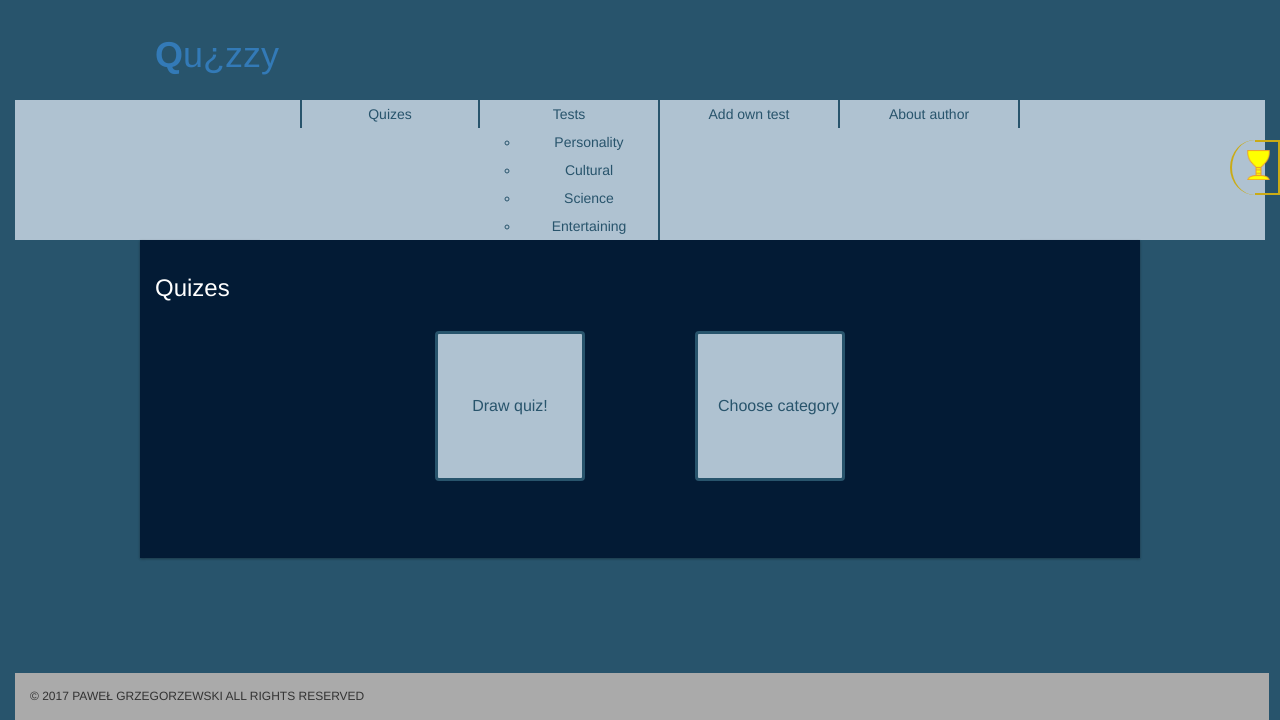
Repository: pgrzegorzewski/quiz
Page: http://localhost/app/quiz.php
An editor plug-in stored every save of this project. The page is shown before and after the next save, followed by the edit.
The browser window is 1280 px wide. The pictures show the whole page.
Some web libraries are served in a nearby version. The page is run by PHP 8.4 with error messages shown; the project is at /var/www/html/.

Above is the page before, as saved 2017-04-21 20:25:53.

After the next save:
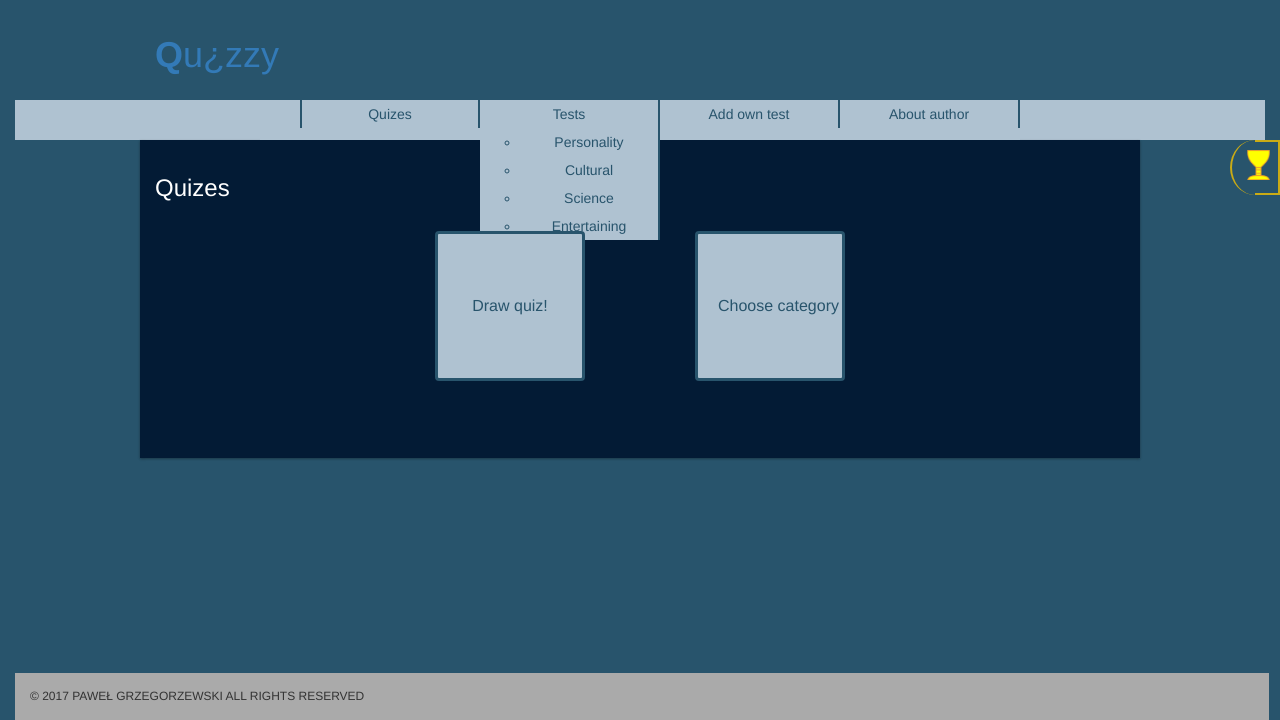
Saved 2 min 12 s later.
--- a/htdocs/app/learningapp/css/index.css
+++ b/htdocs/app/learningapp/css/index.css
@@ -112,6 +112,7 @@ td
 	line-height: 200%;
 	display:inline-block;
 	vertical-align:middle;
+	height:40px;
 }
 
 
